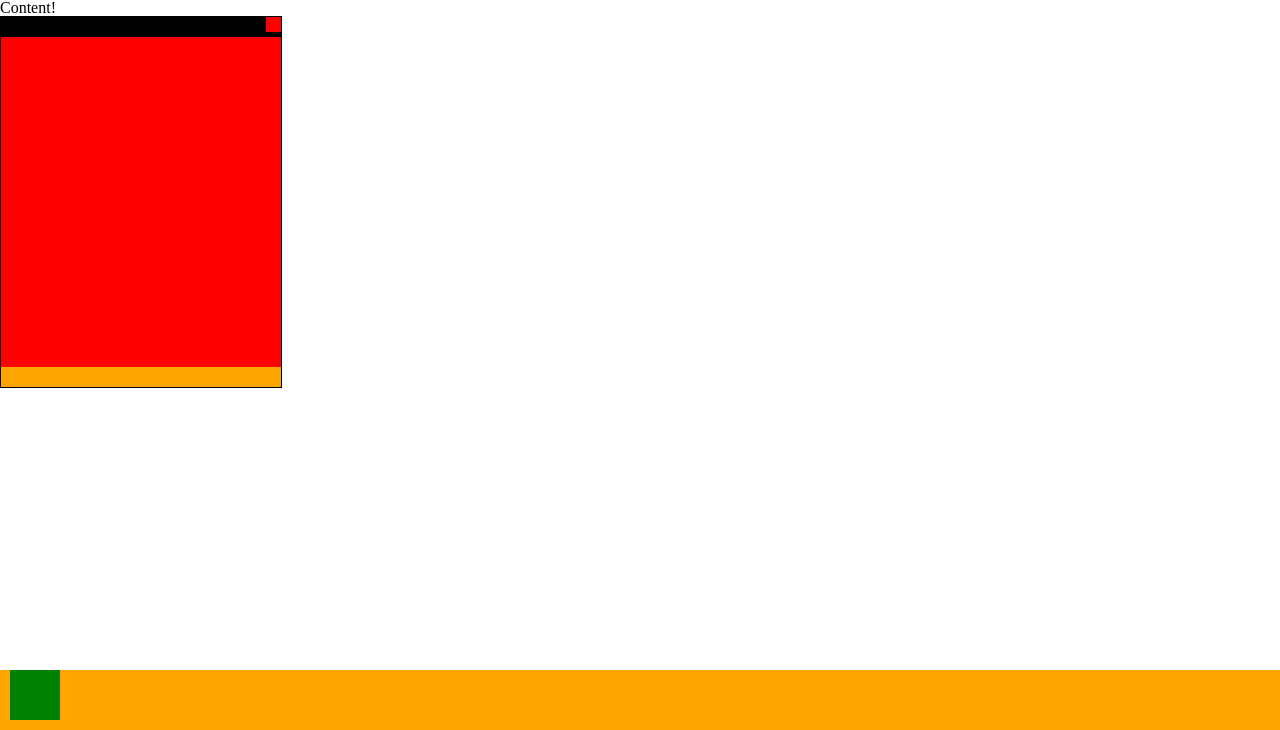
Repository: sk222sw/1dv403-laborationer
Page: 5-pwd/index.html
The author's editor kept a record of every edit. The page is drawn from the files as they stood at one moment, then again after the next edit.
The browser window is 1280 px wide. The pictures show the whole page.
After loading, the first visible `#iconImageViewer` was clicked once.

Above is the page before.

After the next edit:
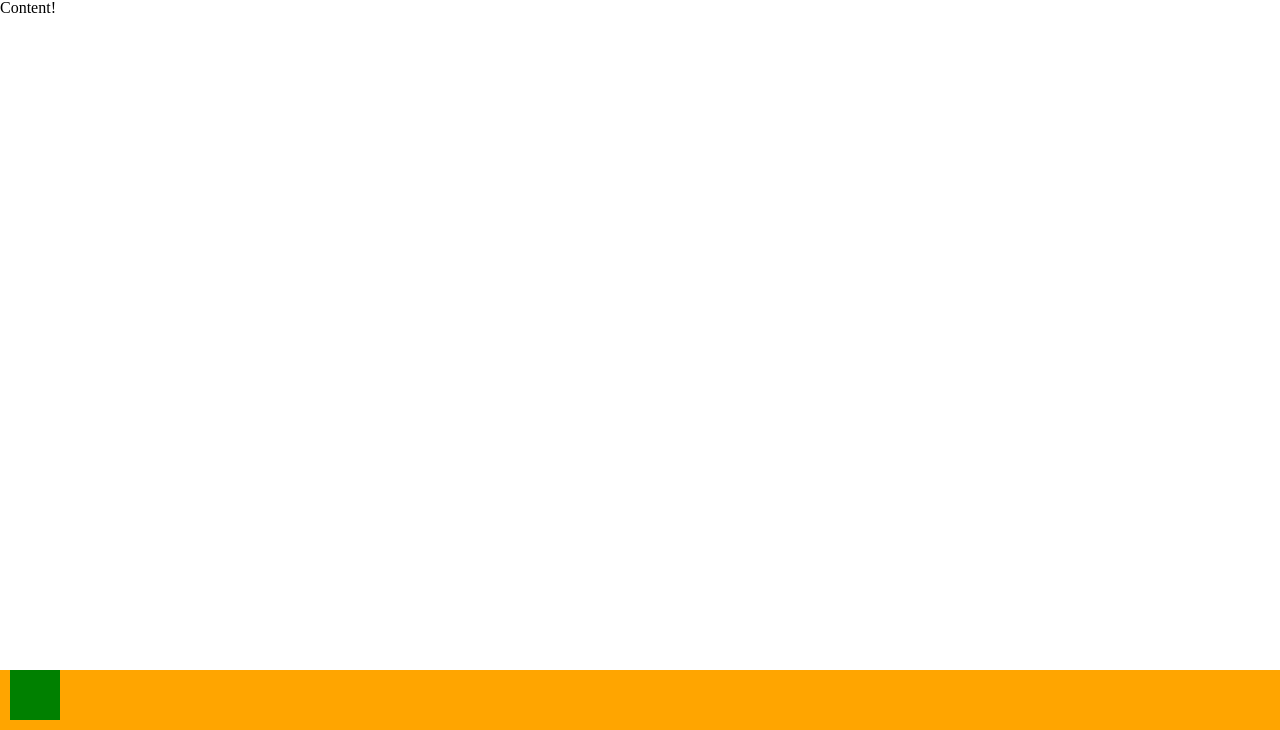
Console error: TypeError: Cannot read properties of null (reading 'value')
The edit:
--- a/5-pwd/script/Window.js
+++ b/5-pwd/script/Window.js
@@ -14,7 +14,7 @@
     var frame = document.createElement("div");
     var closeButton = document.createElement("div");
 
-    var value = document.getElementById("textarea");
+    var value = document.getElementById("textarea").value;
 
     frame.id = "frame";
     closeButton.classList.add("windowClose");

After the 3 edits that followed:
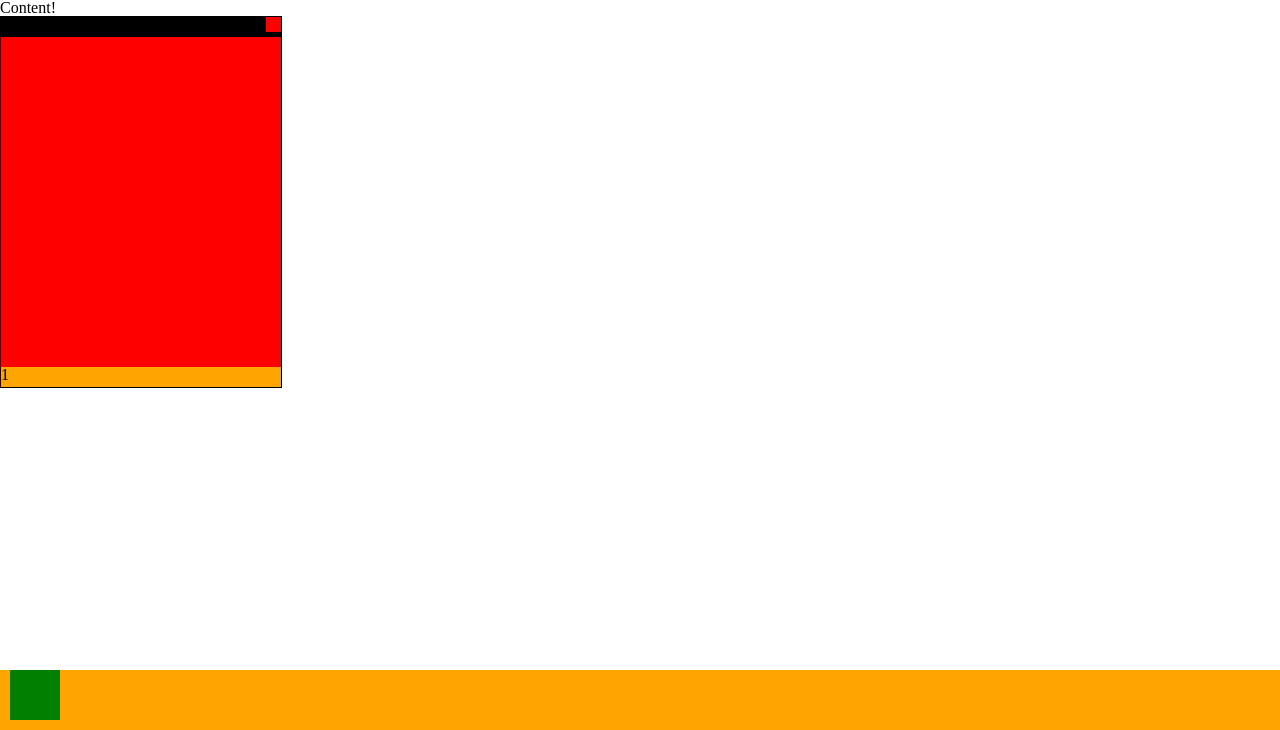
The error is gone.
The 3 edits are shown as one change because 2 left the picture as it was.
The edit:
--- a/5-pwd/script/Window.js
+++ b/5-pwd/script/Window.js
@@ -14,7 +14,6 @@
     var frame = document.createElement("div");
     var closeButton = document.createElement("div");
 
-    var value = document.getElementById("textarea").value;
 
     frame.id = "frame";
     closeButton.classList.add("windowClose");
@@ -24,14 +23,14 @@
     statusBar.classList.add("windowStatusBar");
 
     closeButton.addEventListener("click", Window.prototype.closeWindow, false);
-    statusBar.innerHTML = value;
+    statusBar.innerHTML = Window.prototype.counter;
 
     frame.appendChild(topBar);
     frame.appendChild(content);
     frame.appendChild(statusBar);
     topBar.appendChild(closeButton);
     main.appendChild(frame);
-
+    Window.prototype.counter += 1;
     console.log("WIndow created!!!!!!");
 };
 
